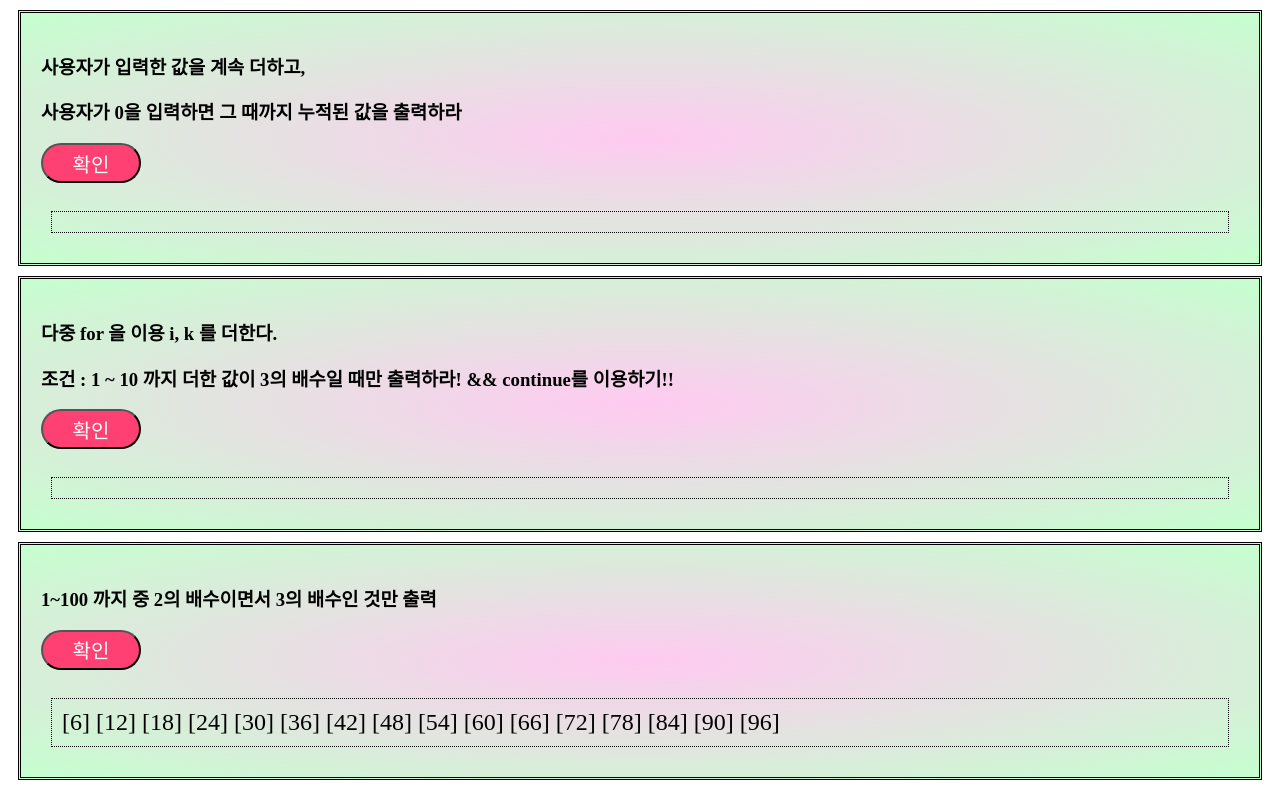
Repository: choidazzi/DDIT
Page: web programming/html/webpro/src/main/webapp/0503/for반복문연습2.html
These files come from the project's save history. The page is drawn as it stood at one moment and after the next save; the edit follows.
The browser window is 1280 px wide. The pictures show the whole page.
After loading, the first visible `input[onclick="proc3()"]` was clicked once.

Above is the page before, as saved 2023-05-03 02:49:10.

After the next save:
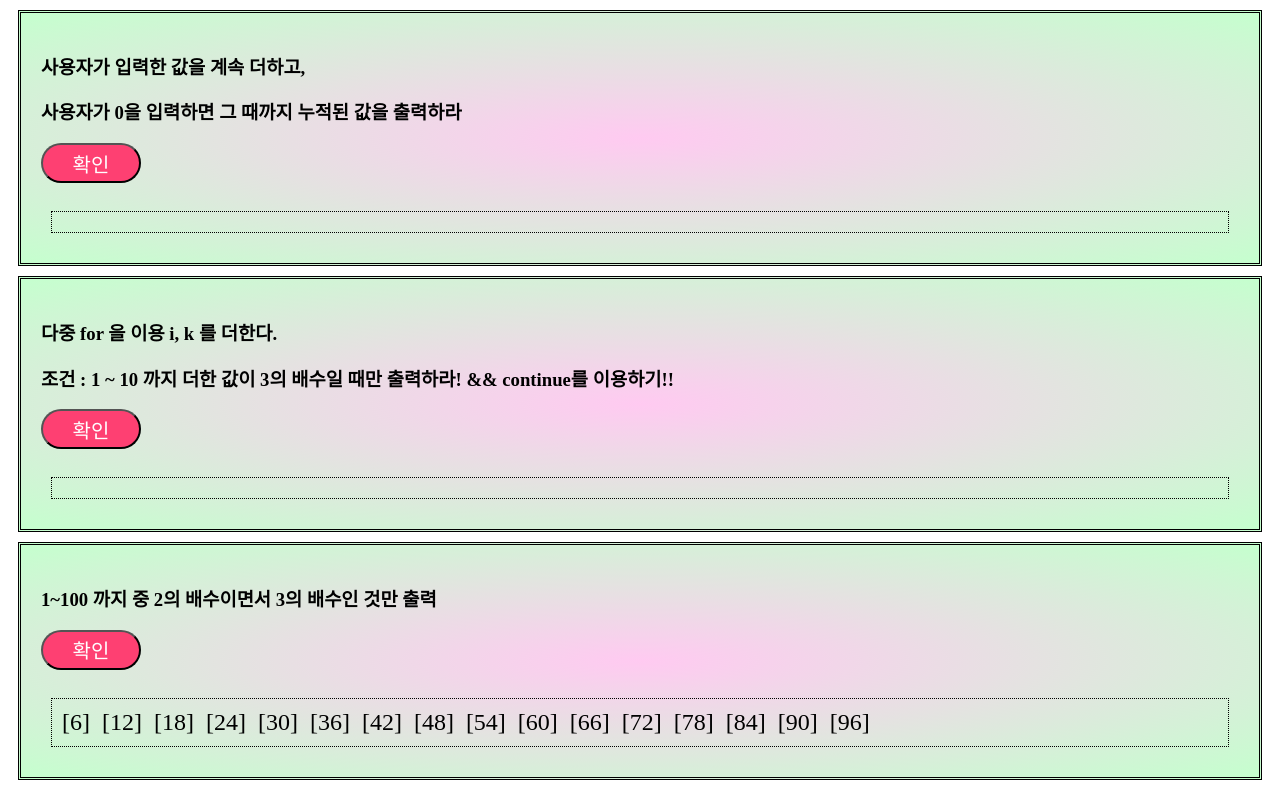
Saved 20 s later.
--- a/web programming/html/webpro/src/main/webapp/0503/for반복문연습2.html
+++ b/web programming/html/webpro/src/main/webapp/0503/for반복문연습2.html
@@ -45,7 +45,7 @@
 	susu = "";
 	for (var i = 1; i <= 100; i++) {
 		if (i%2 == 0 && i%3 == 0) {
-			susu += "[" + i + "]  ";
+			susu += "[" + i + "]&nbsp;&nbsp";
 		}
 	}
 

After the 2 saves that followed:
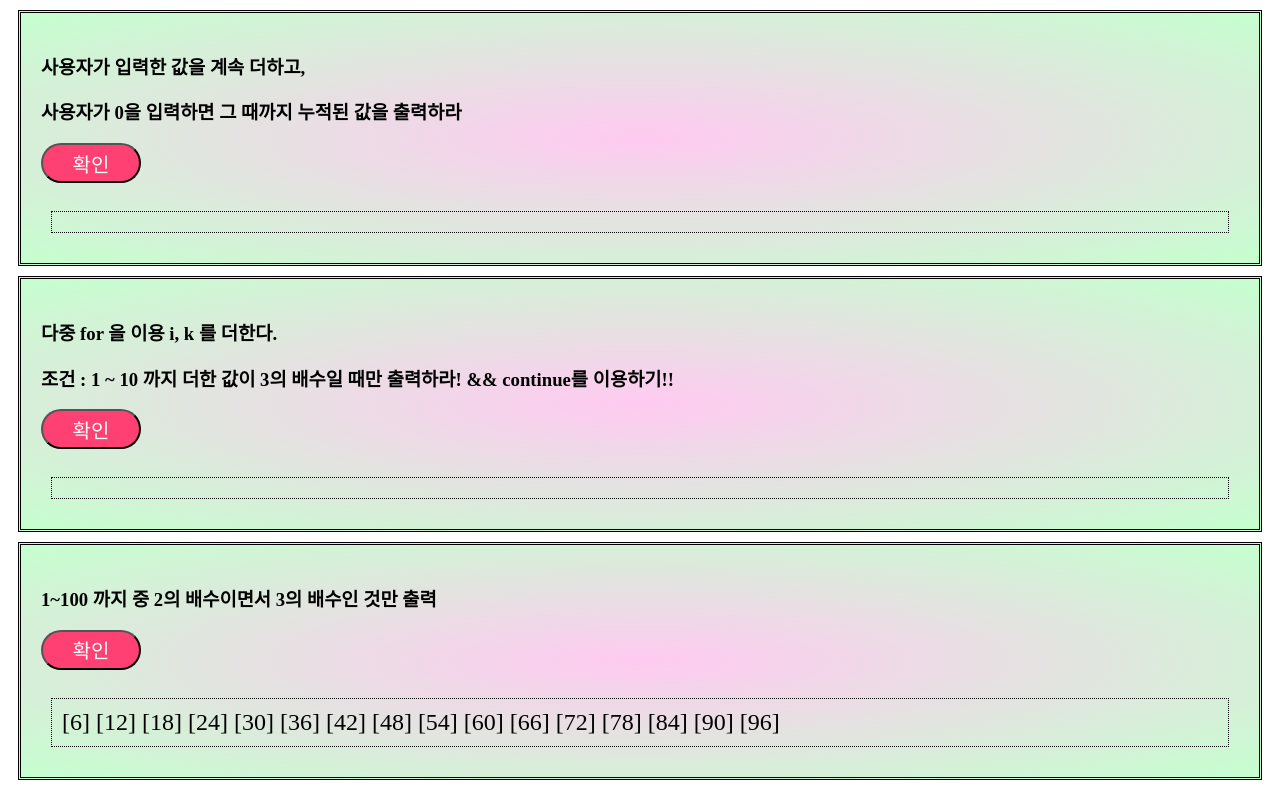
The 2 saves are shown as one change because they came seconds apart.
The last was saved 13 s later.
--- a/web programming/html/webpro/src/main/webapp/0503/for반복문연습2.html
+++ b/web programming/html/webpro/src/main/webapp/0503/for반복문연습2.html
@@ -45,7 +45,7 @@
 	susu = "";
 	for (var i = 1; i <= 100; i++) {
 		if (i%2 == 0 && i%3 == 0) {
-			susu += "[" + i + "]&nbsp;&nbsp";
+			susu += "[" + i + "] ";
 		}
 	}
 
